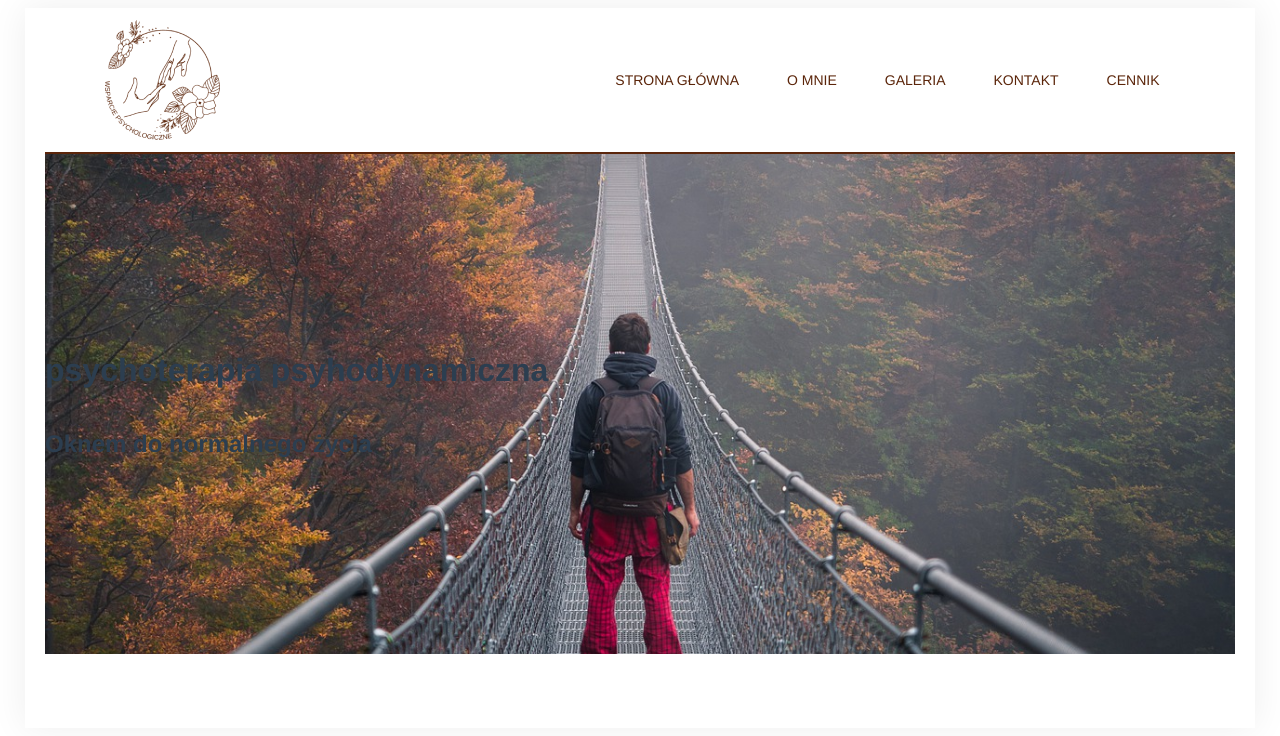
Repository: Kondzioor/szczepan-page
Page: /
The author's editor kept a copy of each file at every save. The page is drawn from the files as they stood at one save, then again after the next save.
The browser window is 1280 px wide. The pictures show the whole page.
Some web libraries are served in a nearby version. The project was rebuilt for these pictures with package versions that can differ from the ones it lists, and the page was loaded fresh each time.

Above is the page before, as saved 2022-03-28 20:44:18.

After the next save:
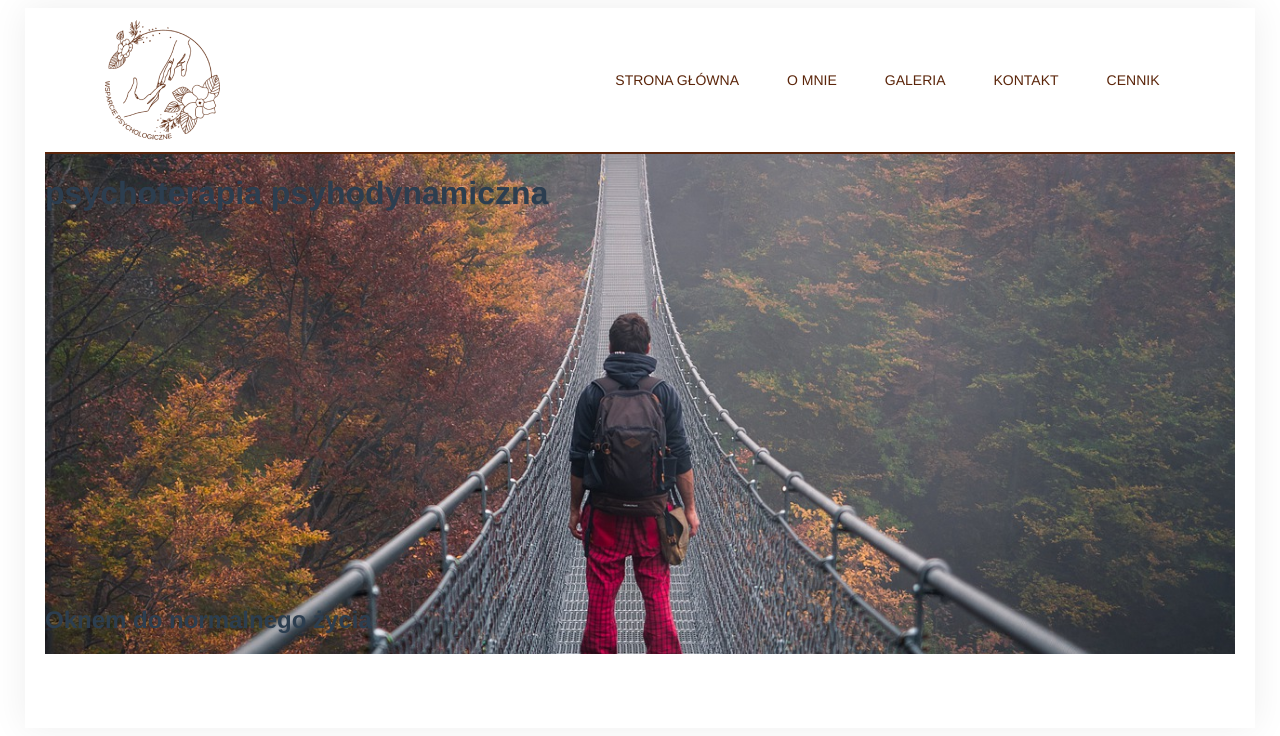
Saved 14 s later.
--- a/src/views/Home.vue
+++ b/src/views/Home.vue
@@ -12,9 +12,8 @@
     background-position: center;
     background-repeat: no-repeat;
     background-size: cover;
-    justify-content: center;
+    justify-content: space-between;
     flex-direction: column;
-    align-content: center;
 }
 
 </style>
